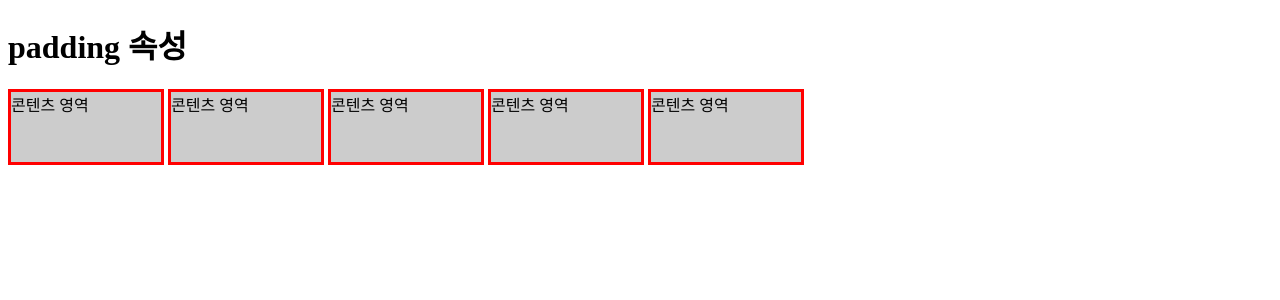
Repository: cussip/SuperHands
Page: WebExam/src/main/webapp/css/box_model/padding.html
These files come from the project's save history. The page is drawn as it stood at one moment and after the next save; the edit follows.
The browser window is 1280 px wide. The pictures show the whole page.

Above is the page before, as saved 2022-01-31 04:27:26.

After the next save:
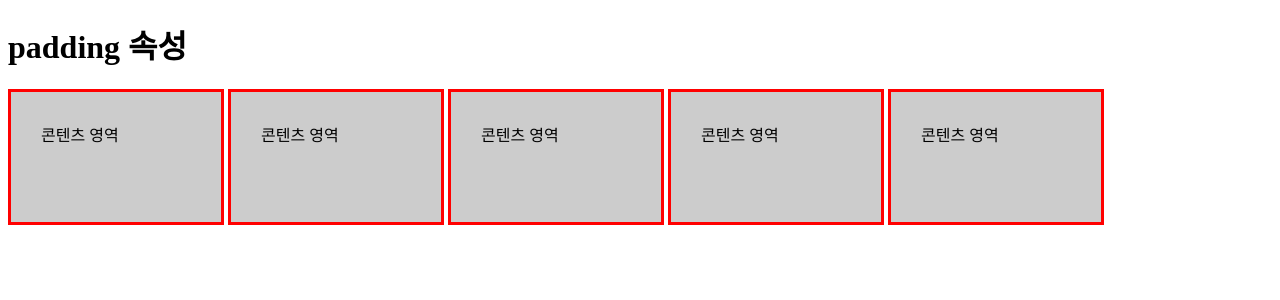
Saved 14 s later.
--- a/WebExam/src/main/webapp/css/box_model/padding.html
+++ b/WebExam/src/main/webapp/css/box_model/padding.html
@@ -10,7 +10,7 @@
 			border: #F00 solid 3px;
 		}
 		p {
-			margin: 0px;
+			margin: 30px;
 			width: 150px;
 			height: 70px;
 		}

After the save that followed:
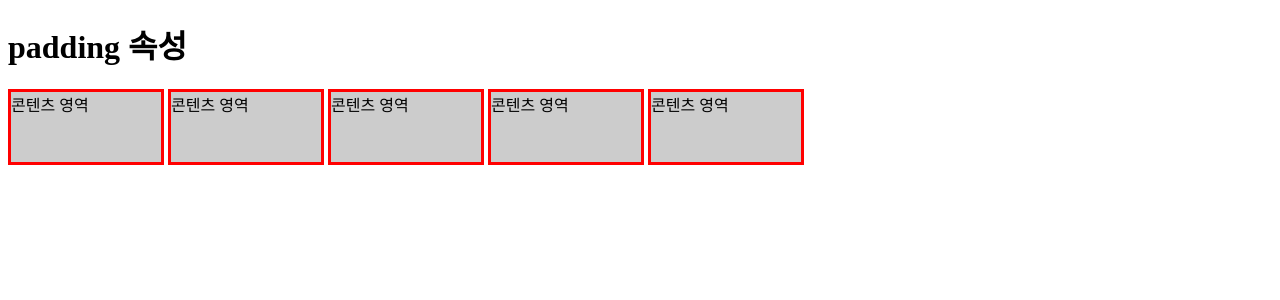
Saved 15 s later.
--- a/WebExam/src/main/webapp/css/box_model/padding.html
+++ b/WebExam/src/main/webapp/css/box_model/padding.html
@@ -10,7 +10,7 @@
 			border: #F00 solid 3px;
 		}
 		p {
-			margin: 30px;
+			margin: 0px;
 			width: 150px;
 			height: 70px;
 		}
